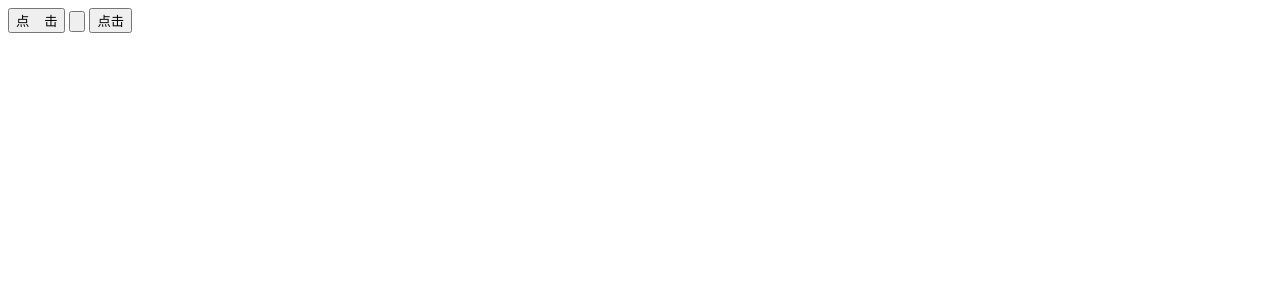
Repository: jianminghao/ssiProject
Page: http://localhost/myssiProject/aaa.jsp
An editor plug-in stored every save of this project. The page is shown before and after the next save, followed by the edit.
The browser window is 1280 px wide. The pictures show the whole page.
The page is served by Tomcat 9.

Above is the page before, as saved 2020-03-04 13:15:45.

After the next save:
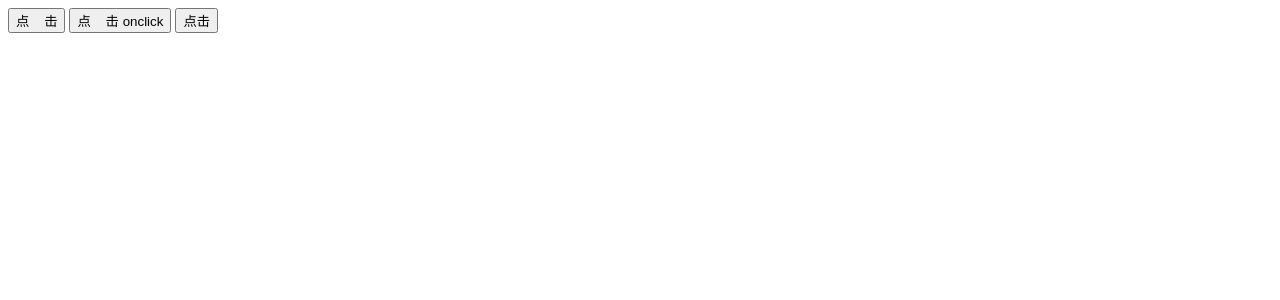
Saved 24 s later.
--- a/myssiProject/WebContent/aaa.jsp
+++ b/myssiProject/WebContent/aaa.jsp
@@ -23,7 +23,7 @@
 
 	<input type="button" class="btn" value="点    击">
 
-	<input type="button" class="btn" onclick=aaa()>
+	<input type="button" class="btn" onclick=aaa() value="点    击 onclick">
 
 	<button class="btn" type="button">
 		点击
